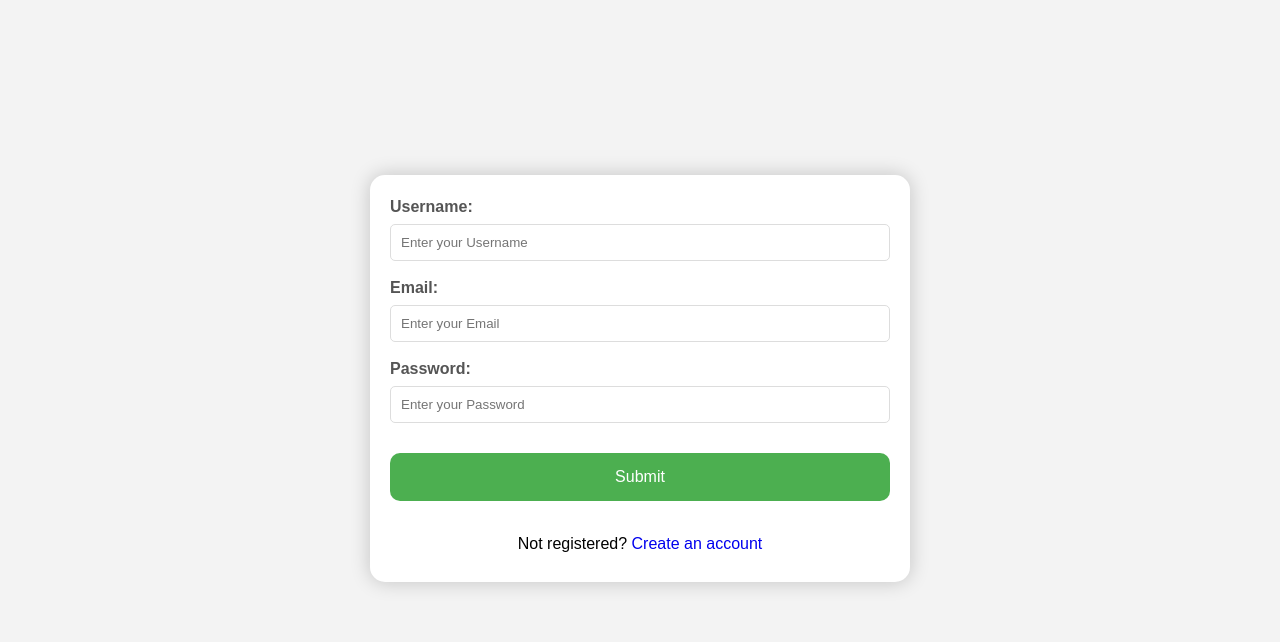
Repository: alizey12/Regestratin-Form-js
Page: signin.html
An editor plug-in stored every save of this project. The page is shown before and after the next save, followed by the edit.
The browser window is 1280 px wide. The pictures show the whole page.

Above is the page before, as saved 2024-11-29 13:35:17.

### signin.html
<!DOCTYPE html>
<html lang="en">
<head>
    <meta charset="UTF-8">
    <meta name="viewport" content="width=device-width, initial-scale=1.0">
    <link rel="stylesheet" href="signin.css">
    <title>Document</title>
</head>
<body>
    <h3></h3>
<div class="main">


    <form action="">
        <label for="first">
            Username:
        </label>
        <input type="text" id="first" name="first"
            placeholder="Enter your Username" required>

            <label for="first">
                Email:
            </label>
            <input type="email" id="first" name="email"
                placeholder="Enter your Email" required>

        <label for="password">
            Password:
        </label>
        <input type="password" id="password" name="password"
            placeholder="Enter your Password" required>

        <div class="wrap">
            <button type="submit">
                Submit
            </button>
        </div>
    </form>

    <p>Not registered?
        <a href="regester.html" style="text-decoration: none;">
            Create an account
        </a>
    </p>
</div>


</body>
</html>

### signin.css
/*style.css*/
body {
    display: flex;
    align-items: center;
    justify-content: center;
    font-family: sans-serif;
    line-height: 1.5;
    min-height: 100vh;
    background: #f3f3f3;
    flex-direction: column;
    margin: 0;
}

.main {
    background-color: #fff;
    border-radius: 15px;
    box-shadow: 0 0 20px rgba(0, 0, 0, 0.2);
    padding: 10px 20px;
    transition: transform 0.2s;
    width: 500px;
    text-align: center;
}

h1 {
    color: #4CAF50;
}

label {
    display: block;
    width: 100%;
    margin-top: 10px;
    margin-bottom: 5px;
    text-align: left;
    color: #555;
    font-weight: bold;
}

input {
    display: block;
    width: 100%;
    margin-bottom: 15px;
    padding: 10px;
    box-sizing: border-box;
    border: 1px solid #ddd;
    border-radius: 5px;
}

button {
    padding: 15px;
    border-radius: 10px;
    margin-top: 15px;
    margin-bottom: 15px;
    border: none;
    color: white;
    cursor: pointer;
    background-color: #4CAF50;
    width: 100%;
    font-size: 16px;
}

.wrap {
    display: flex;
    justify-content: center;
    align-items: center;
}

After the next save:
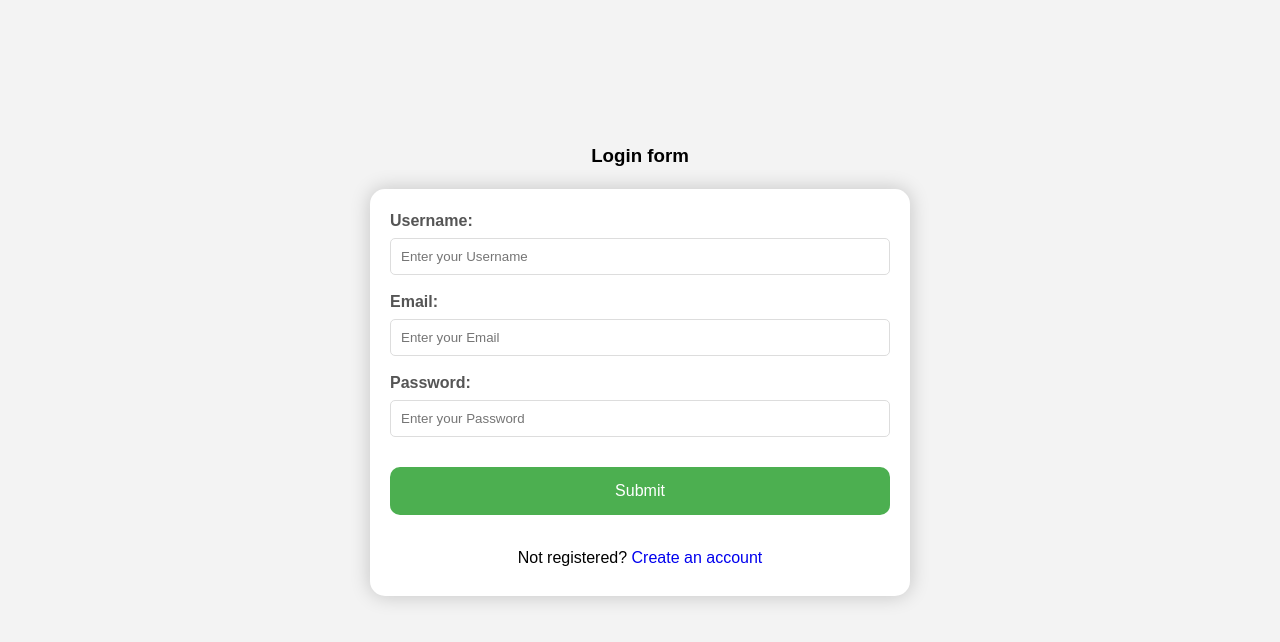
Saved 56 s later.
--- a/signin.html
+++ b/signin.html
@@ -7,7 +7,7 @@
     <title>Document</title>
 </head>
 <body>
-    <h3></h3>
+    <h3>Login form</h3>
 <div class="main">
 
 
